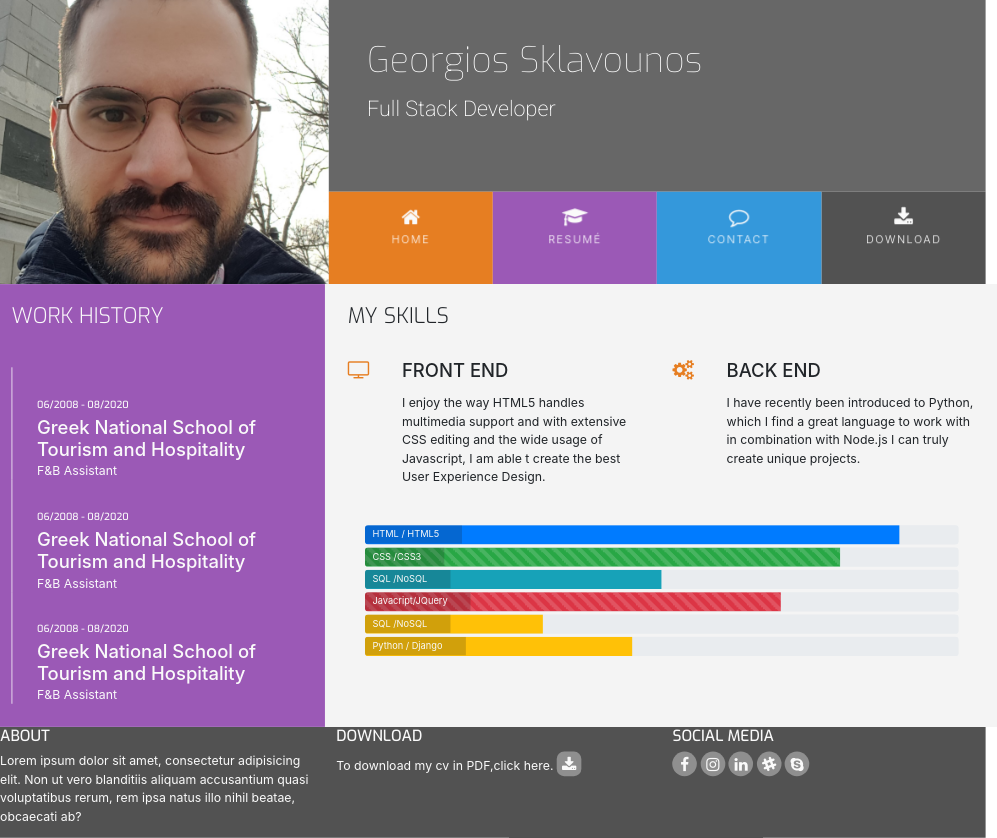
Repository: GeorgiosSklav/MyResume
Page: resume.html
The author's editor kept a record of every edit. The page is drawn from the files as they stood at one moment, then again after the next edit.
The browser window is 1280 px wide. The page is 1295 px wide, so the pictures cover 1295 px, including what lies to the right of the window. The pictures show the whole page, at 77% of full size.

Above is the page before.

### resume.html
<!DOCTYPE html>
<html lang="en">

<head>
    <meta charset="UTF-8">
    <meta name="viewport" content="width=device-width, initial-scale=1.0">
    <meta http-equiv="X-UA-Compatible" content="ie=edge">
    <link rel="stylesheet" href="https://stackpath.bootstrapcdn.com/bootstrap/4.3.1/css/bootstrap.min.css" type="text/css" />
    <link rel="stylesheet" href="https://stackpath.bootstrapcdn.com/font-awesome/4.7.0/css/font-awesome.min.css" type="text/css" />
    <link rel="stylesheet" href="assets/css/style.css" type="text/css" />
    <link rel="stylesheet" href="https://cdnjs.cloudflare.com/ajax/libs/hover.css/2.3.1/css/hover-min.css" type="text/css" />
    <title>Georgios Sklavounos resume</title>
</head>

<body>
    <header>
        <div class="row no-gutters">
            <a href="index.html" class="col-md-4 logo">

            </a>
            <div class="col-md-8">
                <div class="row no-gutters bg-color-name-title">
                    <div class="col heading">
                        <h1 class="name">Georgios Sklavounos</h1>
                        <h2 class="title">Full Stack Developer</h2>
                    </div>
                </div>
                <div class="row no-gutters">
                    <div class="col">
                        <ul id="nav" class="list-inline menucontainer">
                            <li class="col-6 col-sm-3 color-home list-inline-item menu-item">
                                <a href="#" class="hvr-sweep-to-right"><i class="fa fa-home" aria-hidden="true"></i><span>Home</span></a>
                            </li>
                            <li class="col-6 col-sm-3 color-resume list-inline-item menu-item">
                                <a href="#" class="hvr-sweep-to-left"><i class="fa fa-graduation-cap" aria-hidden="true"></i><span>Resumé</span></a>
                            </li>
                            <li class="col-6 col-sm-3 color-contact list-inline-item menu-item">
                                <a href="#" class="hvr-sweep-to-right"><i class="fa fa-comment-o" aria-hidden="true"></i><span>Contact</span></a>
                            </li>
                            <li class="col-6 col-sm-3 color-download list-inline-item menu-item">
                                <a href="#" class="hvr-sweep-to-left"><i class="fa fa-download" aria-hidden="true"></i><span>Download</span></a>
                            </li>
                        </ul>
                    </div>
                </div>
            </div>
    </header>
    <setion class="container-fluid">
        <div class="row">
            <div class="col-md-4 bg-color-work-history section-column">
                <div class="row">
                    <div class="col-12">
                        <h3 class="history-heading uppercase">Work History</h3>
                    </div>
                </div>
                <div class="timeline-item" data-dates="06/2008 - 08/2020">
                    <h4>Greek National School of Tourism and Hospitality</h4>
                    <p>F&B Assistant</p>
                </div>
                <div class="timeline-item" data-dates="06/2008 - 08/2020">
                    <h4>Greek National School of Tourism and Hospitality</h4>
                    <p>F&B Assistant</p>
                </div>
                <div class="timeline-item" data-dates="06/2008 - 08/2020">
                    <h4>Greek National School of Tourism and Hospitality</h4>
                    <p>F&B Assistant</p>
                </div>
            </div>
            <div class="col-md-8 bg-color-three-reasons section-column">
                <div class="row">
                    <div class="col">
                        <h3 class="section-heading uppercase">My Skills</h3>
                    </div>
                </div>
                <div class="row">
                    <div class="col-10 offset-1 offset-sm-0 col-sm-4 col-md-6">
                        <div class="row">
                            <div class="col-2">
                                <i class="three-reasons-icon fa fa-tv" aria-hidden="true"></i>
                            </div>
                            <div class="col-10">
                                <h4 class="three-reason-heading uppercase">Front End</h4>
                                <p>I enjoy the way HTML5 handles multimedia support and with extensive CSS editing and the wide usage of Javascript, I am able t create the best User Experience Design.</p>
                            </div>
                        </div>
                    </div>
                    <div class="col-10 offset-1 offset-sm-0 col-sm-4 col-md-6">
                        <div class="row">
                            <div class="col-2">
                                <i class="three-reasons-icon fa fa-gears" aria-hidden="true"></i>
                            </div>
                            <div class="col-10">
                                <h4 class="three-reason-heading uppercase">Back End</h4>
                                <p>I have recently been introduced to Python, which I find a great language to work with in combination with Node.js I can truly create unique projects.</p>
                            </div>
                        </div>
                    </div>
                </div>
                <div class="row progress-section">
                    <div class="col">
                        <div class="progress">
                            <div class="progress-bar" role="progressbar" aria-valuenow="90" aria-valuemin="0" aria-valuemax="100" style="width:90%;">
                                <span class="sr-only">90% complete</span>
                            </div>
                            <span class="progress-type">HTML / HTML5</span>
                        </div>
                        <div class="progress">
                            <div class="progress-bar progress-bar-striped bg-success" role="progressbar" aria-valuenow="80" aria-valuemin="0" aria-valuemax="100" style="width:80%;">
                                <span class="sr-only">80% complete</span>
                            </div>
                            <span class="progress-type">CSS /CSS3</span>
                        </div>
                        <div class="progress">
                            <div class="progress-bar bg-info" role="progressbar" style="width: 50%" aria-valuenow="50" aria-valuemin="0" aria-valuemax="100">
                                <span class="sr-only">50% complete</span>
                            </div>
                            <span class="progress-type">SQL /NoSQL</span>
                        </div>
                        <div class="progress">
                            <div class="progress-bar progress-bar-striped bg-danger" role="progressbar" aria-valuenow="70" aria-valuemin="0" aria-valuemax="100" style="width:70%;">
                                <span class="sr-only">70% complete</span>
                            </div>
                            <span class="progress-type">Javacript/JQuery</span>
                        </div>
                        <div class="progress">
                            <div class="progress-bar bg-info bg-warning" role="progressbar" style="width: 30%" aria-valuenow="30" aria-valuemin="0" aria-valuemax="100">
                                <span class="sr-only">30% complete</span>
                            </div>
                            <span class="progress-type">SQL /NoSQL</span>
                        </div>
                        <div class="progress">
                            <div class="progress-bar bg-info bg-warning" role="progressbar" style="width: 45%" aria-valuenow="45" aria-valuemin="0" aria-valuemax="100">
                                <span class="sr-only">45% complete</span>
                            </div>
                            <span class="progress-type">Python / Django</span>
                        </div>
                    </div>
                </div>
            </div>
        </div>
    </setion>
    <footer class="container-fluid ">
        <div class="row " id="footer-details ">
            <div class="col-sm-4 ">
                <h5 class="uppercase general-sub ">About</h5>
                <p class="inline-block ">
                    Lorem ipsum dolor sit amet, consectetur adipisicing elit. Non ut vero blanditiis aliquam accusantium quasi voluptatibus rerum, rem ipsa natus illo nihil beatae, obcaecati ab?
                </p>
            </div>
            <div class="col-sm-4 ">
                <h5 class="uppercase general-sub ">Download</h5>
                <p class="inline-block ">
                    To download my cv in PDF,click here.
                    <a href="# " target="_blank " class="cv-pdf ">
                        <i class="fa fa-download " aria-hidden="true "></i>
                        <span class="sr-only ">Download icon.</span>
                    </a>
                </p>
            </div>
            <div class="col-sm-4 ">
                <h5 class="uppercase general-sub ">Social Media</h5>
                <ul class="list-inline social-links ">
                    <li class="list-inline-item ">
                        <a target="_blank " href="# ">
                            <i class="fa fa-facebook "></i>
                            <span class="sr-only ">Facebook</span>
                        </a>
                    </li>
                    <li class="list-inline-item ">
                        <a target="_blank " href="# ">
                            <i class="fa fa-instagram "></i>
                            <span class="sr-only ">Instagram</span>
                        </a>
                    </li>
                    <li class="list-inline-item ">
                        <a target="_blank " href="# ">
                            <i class="fa fa-linkedin "></i>
                            <span class="sr-only ">Linked-In</span>
                        </a>
                    </li>
                    <li class="list-inline-item ">
                        <a target="_blank " href="# ">
                            <i class="fa fa-slack "></i>
                            <span class="sr-only ">Slack</span>
                        </a>
                    </li>
                    <li class="list-inline-item ">
                        <a target="_blank " href="# ">
                            <i class="fa fa-skype "></i>
                            <span class="sr-only ">Skype</span>
                        </a>
                    </li>
                </ul>
            </div>
        </div>
    </footer>
</body>

</html>

### assets/css/style.css
@import url('https://fonts.googleapis.com/css?family=Roboto:100,200,300,400,500,600,700|Exo:100,200,300,400,500,600,700');



/*-------------------------colours*/

.bg-color-name-title {
    background-color: #676767;
}

.color-home {
    background-color: #e67e22;
}

.color-resume {
    background-color: #9b59b6;
}

.color-contact {
    background-color: #3498db;
}

.color-download {
    background-color: #525252;
}

.bg-color-three-reasons {
    background-color: #f4f4f4;
}

.bg-color-personal-info {
    background-color: #f4f4f4;
}
.bg-color-work-history {
    background-color: #9b59b6;
}



/*---------------------------------Paddings,texts,etc*/

h1,
h2,
h3,
h4 {
    margin: 0;
}

.uppercase {
    text-transform: uppercase;
}

.general-sub {
    font-family: "Exo", sans-serif;
    color: #fafafa;
}

.inline-block {
    display: inline-block;
}

.row-table {
    display: table;
}

.section-column {
    display: table-cell;
    padding: 0 30px 30px;
    float: none;
}
.history-heading,
.section-heading {
    font-family: "Exo", sans-serif;
    font-weight: 300;
    margin-top: 25px;
    margin-bottom: 40px;
}

/*----------------------Container-fluid*/

.container-fluid {
    width: 100%;
    padding: 0;
    padding-bottom: 0;
    margin-right: auto;
    margin-left: auto;
}

/*----------------------heading*/

header {
    margin: 0;
}

.heading {
    margin-left: 50px;
}

.logo {
    background: url("../images/pic2.jpg");
    background-position: center;
    background-repeat: no-repeat;
    background-size: cover;
    min-height: 360px;
    transition: all 0.5s ease-in-out;
    -moz-transition: all 0.5s ease-in-out;
    -webkit-transition: all 0.5s ease-in-out;

}

.name {
    font-family: "Exo", sans-serif;
    font-weight: 100;
    font-size: 46px;
    margin-top: 50px;
    color: #fff;
}

.title {
    font-family: "Roboto", sans-serif;
    font-weight: 200;
    font-size: 28px;
    margin-top: 20px;
    margin-bottom: 90px;
    color: #fff;
}

.list-inline-item:not(:last-child) {
    margin: 0;
}

.menucontainer {
    font-size: 0;
}

#nav {
    margin: 0;
}

#nav li {
    font-size: 14px;
    padding: 0;
}

.menu-item {
    height: 120px;
    text-align: center;
    padding: 0;
}

.menu-item a {
    width: 100%;
    text-decoration: none;
    color: #fff;
    height: 120px;
}

.menu-item a i {
    padding-top: 20px;
    display: block;
    color: #fafafa;
    font-size: 26px;
}

.menu-item span {
    display: block;
    width: 100%;
    padding-top: 5px;
    text-align: center;
    text-transform: uppercase;
    font-size: 14px;
    font-weight: 300;
    letter-spacing: 2px;
}

/*--------------------------hover style*/

.hvr-sweep-to-right:before {
    background: rgb(0, 0, 0);
    height: 120px;
}

.hvr-sweep-to-left:before {
    background: rgba(0, 0, 0, 0.2);
    height: 120px;
}

/*---------------------------------footer*/

footer {
    background-color: #525252;
    color: #fafafa;
    min-height: 120px;
    margin: 0;
}

.social-links i {
    width: 32px;
    height: 32px;
    padding: 12px 0;
    border-radius: 50%;
    font-size: 20px;
    line-height: 10px;
    text-align: center;
    color: #fafafa;
    background: #8f8f8f;
    transition: all 0.35s ease-in-out;
    -moz-transition: all 0.35s ease-in-out;
    -o-transition: all 0.35s ease-in-out;
    -webkit-transition: all 0.35s ease-in-out;

}

.cv-pdf i {
    /*font-size: 19px;
    text-align: center;
    color: #fafafa;
    padding-left: 5px;
    transition: all 0.35s ease-in-out;
    -moz-transition: all 0.35s ease-in-out;
    -o-transition: all 0.35s ease-in-out;
    -webkit-transition: all 0.35s ease-in-out;*/
    width: 32px;
    height: 32px;
    padding: 12px 0;
    border-radius: 30%;
    font-size: 20px;
    line-height: 10px;
    text-align: center;
    color: #fafafa;
    background: #8f8f8f;
    transition: all 0.35s ease-in-out;
    -moz-transition: all 0.35s ease-in-out;
    -o-transition: all 0.35s ease-in-out;
    -webkit-transition: all 0.35s ease-in-out;


}

.cv-pdf i:hover {
    color: #e84610;
}

.social-links i:hover {
    color: #8f8f8f;
    background: #e84610;
}

#footer-details {
    padding: 20px;
}

/*----------------------three-reasons*/

.three-reasons-icon {
    font-size: 26px;
    color: #e67e22;
}

.three-reason-heading {
    margin-bottom: 15px;
}

/*----------------------personal-info*/

.personal-info-item {
    margin-bottom: 20px;
    display: block;
    clear: both;
}

.personal-info-item .key,
.personal-info-item .value {
    padding-right: 8px;
    display: inline-block;
}

.personal-info-item .key p,
.personal-info-item .value p {
    margin: 0;
}

.personal-info-item .key {
    width: 30%;
    margin-right: 21px;
    padding-top: 2px;
    vertical-align: top;
}

.personal-info-item .key p {
    font-weight: 700;
}

.personal-info-item .value {
    width: 60%;
    position: relative;
}

/*----------------------skills*/

.progress {
    position: relative;
    height: 25px;
    margin-bottom: 4px;
}

.progress-type {
    position: absolute;
    left: 0;
    font-weight: 400;
    padding: 3px 30px 3px 10px;
    color: #fafafa;
    background-color: rgba(25, 25, 25, 0.2);
}
.progress-section{
    margin: 35px 5px 30px 7px;
}
/*----------------------history-heading*/

.history-heading {
    color: #fafafa;
    margin-bottom: 50px;
}
.timeline-item {
    padding: 4em 3em 0em 2em;
    position: relative;
    color: #fafafa;
    border-left: solid 1px;
}
.timeline-item p {
    padding: 0;
    margin: 0;
}
.timeline-item:before{
    content: attr(data-dates);
    position: absolute;
    left: 2.5em;
    top: 3em;
    display: block;
    font-family: "Exo", sans-serif;
    font-weight: 500;
    font-size: 0.8em;
    padding: 0;
    margin: 0;
}
.timeline-item:after {
    width: 12px;
    height: 12px;
    display: block;
    top: 2.4em;
    position: relative;
    left: -6px;
    background-color: #fafafa;
    border-radius: 50%;
}

After the next edit:
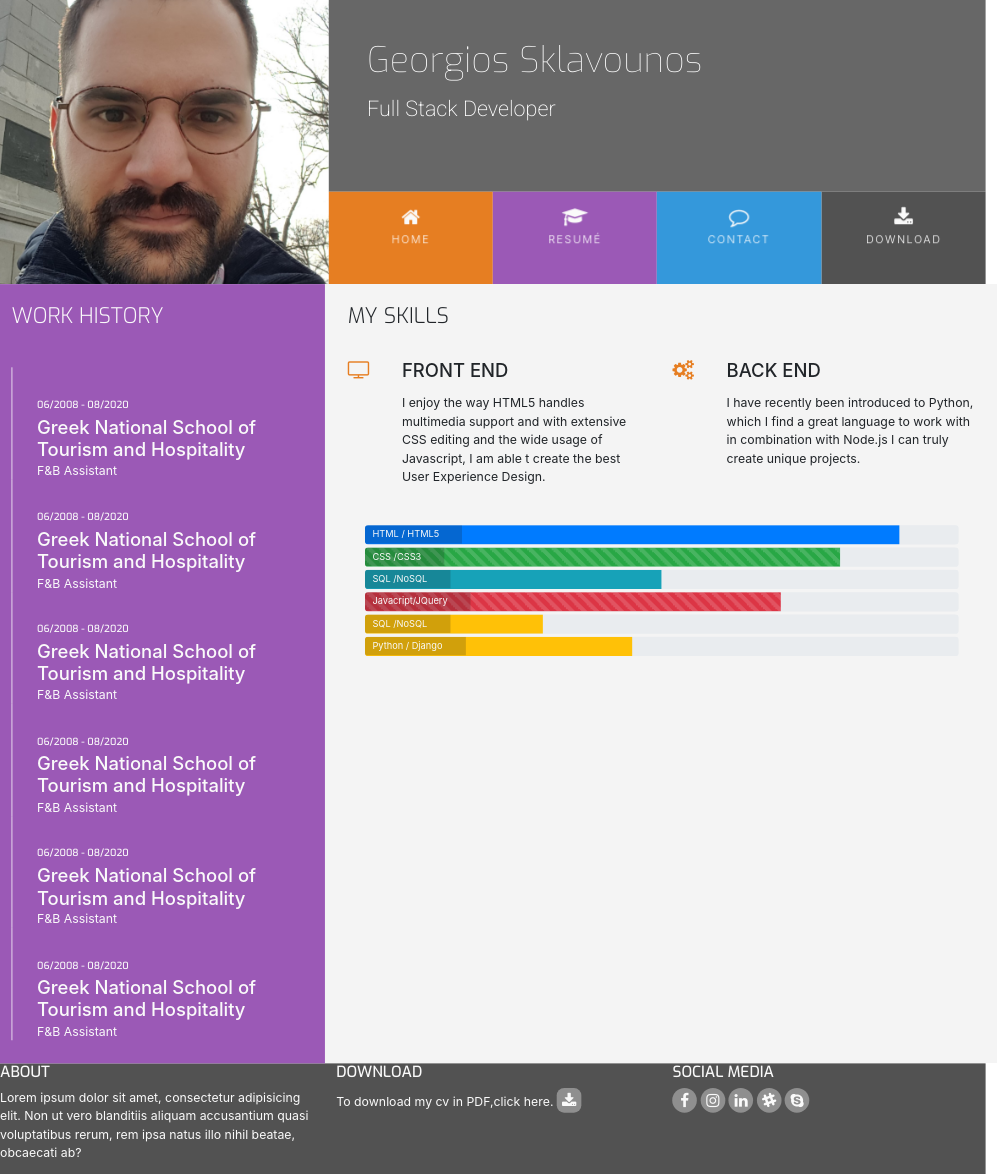
The edit:
--- a/resume.html
+++ b/resume.html
@@ -65,6 +65,18 @@
                     <h4>Greek National School of Tourism and Hospitality</h4>
                     <p>F&B Assistant</p>
                 </div>
+                <div class="timeline-item" data-dates="06/2008 - 08/2020">
+                    <h4>Greek National School of Tourism and Hospitality</h4>
+                    <p>F&B Assistant</p>
+                </div>
+                <div class="timeline-item" data-dates="06/2008 - 08/2020">
+                    <h4>Greek National School of Tourism and Hospitality</h4>
+                    <p>F&B Assistant</p>
+                </div>
+                <div class="timeline-item" data-dates="06/2008 - 08/2020">
+                    <h4>Greek National School of Tourism and Hospitality</h4>
+                    <p>F&B Assistant</p>
+                </div>
             </div>
             <div class="col-md-8 bg-color-three-reasons section-column">
                 <div class="row">
